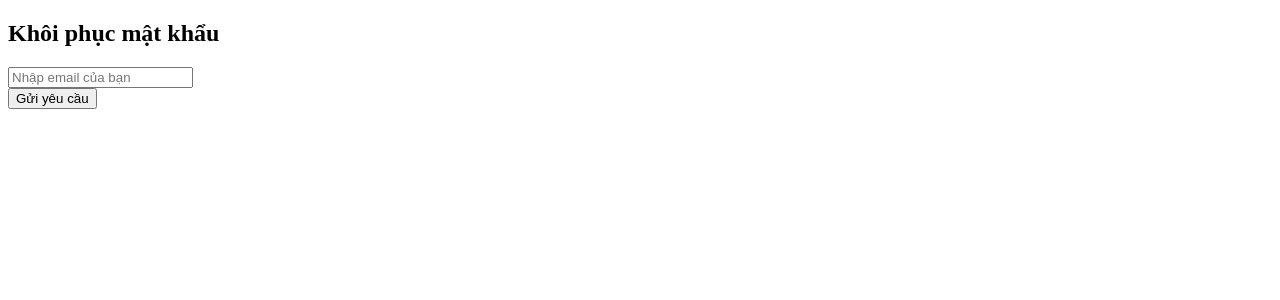
Repository: quynh-trandiem04/BaiTap_Tuan4_LTWeb
Page: http://localhost/Project_LTWeb/forgetpassword
These files come from the project's save history. The page is drawn as it stood at one moment and after the next save; the edit follows.
The browser window is 1280 px wide. The pictures show the whole page.
The page is served by Tomcat 10. Other server files are loaded and not shown.

Above is the page before, as saved 2024-09-16 17:13:27.

### Project_LTWeb/src/main/webapp/views/ForgetPassword.jsp
<%@ page language="java" contentType="text/html; charset=UTF-8"
	pageEncoding="UTF-8"%>
<!DOCTYPE html>
<html>
<head>
    <meta charset="UTF-8">
    <title>Quên mật khẩu</title>
</head>
<body>
    <h2>Khôi phục mật khẩu</h2>

    <!-- Hiển thị thông báo nếu có -->
    <c:if test="${alert != null}">
        <h3 class="alert alert-danger">${alert}</h3>
    </c:if>

    <form action="${pageContext.request.contextPath}/forgotPassword" method="post">
        <section>
            <div class="input-group">
                <span class="input-group-addon">
                    <i class="fa fa-envelope"></i>
                </span>
                <input type="email" placeholder="Nhập email của bạn" name="email" class="form-control" required>
            </div>
        </section>

        <button type="submit" class="btn btn-primary">Gửi yêu cầu</button>
    </form>
</body>
</html>

### Project_LTWeb/src/main/java/vn/iostar/controllers/ForgetPasswordController.java
package vn.iostar.controllers;

import java.io.IOException;

import jakarta.servlet.ServletException;
import jakarta.servlet.annotation.WebServlet;
import jakarta.servlet.http.HttpServlet;
import jakarta.servlet.http.HttpServletRequest;
import jakarta.servlet.http.HttpServletResponse;
import vn.iostar.services.UserService;
import vn.iostar.services.imp.UserServiceImpl;

@SuppressWarnings("serial")
@WebServlet(urlPatterns = "/forgetpassword")
public class ForgetPasswordController extends HttpServlet{

	@Override
	protected void doGet(HttpServletRequest req, HttpServletResponse resp) throws ServletException, IOException {
		req.getRequestDispatcher("/views/ForgetPassword.jsp").forward(req, resp);
	}
	@SuppressWarnings("static-access")
	@Override
	protected void doPost(HttpServletRequest req, HttpServletResponse resp) throws ServletException, IOException {
		resp.setCharacterEncoding("UTF-8");
		req.setCharacterEncoding("UTF-8");

		String username = req.getParameter("username");
		String password = req.getParameter("password");

		String alertMsg = "";
		if (username.isEmpty() || password.isEmpty()) {
			alertMsg = "Tài khoản hoặc mật khẩu không được rỗng";
			req.setAttribute("alert", alertMsg);
			req.getRequestDispatcher(req.getContextPath() + "/views/Login.jsp").forward(req, resp);

			return;
		}

		UserService service = new UserServiceImpl();

		if (!service.checkExistUsername(username)) {
			alertMsg = "Tài khoản không tồn tại!";
			req.setAttribute("alert", alertMsg);
			req.getRequestDispatcher(req.getContextPath() + "/views/Login.jsp").forward(req, resp);

			return;
		}
		boolean tmp = service.changePassword(username, password);
		if (tmp) {
			resp.sendRedirect(req.getContextPath() + "/login");
		} else {
			alertMsg = "Có lỗi xảy ra";
			req.setAttribute("alert", alertMsg);
			req.getRequestDispatcher(req.getContextPath() + "/views/Login.jsp").forward(req, resp);

		}
	}
}

After the next save:
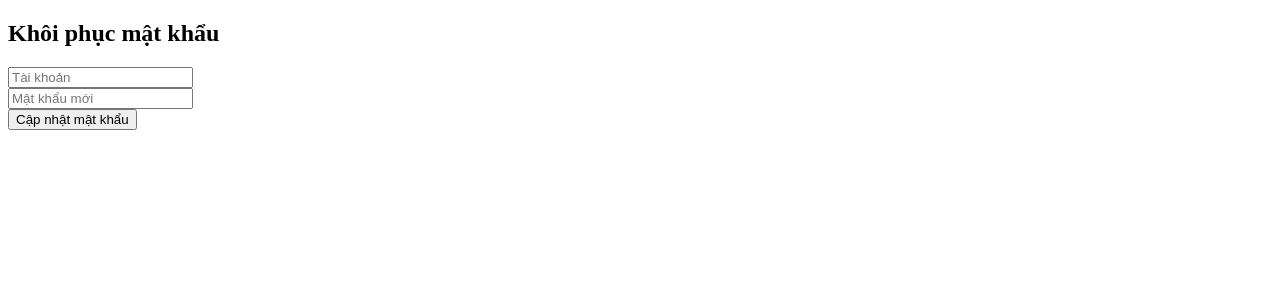
Saved 7 min 54 s later.
--- a/Project_LTWeb/src/main/webapp/views/ForgetPassword.jsp
+++ b/Project_LTWeb/src/main/webapp/views/ForgetPassword.jsp
@@ -1,5 +1,6 @@
 <%@ page language="java" contentType="text/html; charset=UTF-8"
 	pageEncoding="UTF-8"%>
+<%@ taglib prefix="c" uri="http://java.sun.com/jsp/jstl/core" %>
 <!DOCTYPE html>
 <html>
 <head>
@@ -9,22 +10,33 @@
 <body>
     <h2>Khôi phục mật khẩu</h2>
 
-    <!-- Hiển thị thông báo nếu có -->
+    <!-- Hiển thị thông báo lỗi nếu có -->
     <c:if test="${alert != null}">
-        <h3 class="alert alert-danger">${alert}</h3>
+        <div class="alert alert-danger">
+            ${alert}
+        </div>
     </c:if>
 
-    <form action="${pageContext.request.contextPath}/forgotPassword" method="post">
+    <form action="${pageContext.request.contextPath}/forgetpassword" method="post">
         <section>
             <div class="input-group">
                 <span class="input-group-addon">
-                    <i class="fa fa-envelope"></i>
+                    <i class="fa fa-user"></i>
                 </span>
-                <input type="email" placeholder="Nhập email của bạn" name="email" class="form-control" required>
+                <input type="text" placeholder="Tài khoản" name="username" class="form-control" required>
             </div>
         </section>
 
-        <button type="submit" class="btn btn-primary">Gửi yêu cầu</button>
+        <section>
+            <div class="input-group">
+                <span class="input-group-addon">
+                    <i class="fa fa-lock"></i>
+                </span>
+                <input type="password" placeholder="Mật khẩu mới" name="password" class="form-control" required>
+            </div>
+        </section>
+
+        <button type="submit" class="btn btn-primary">Cập nhật mật khẩu</button>
     </form>
 </body>
 </html>
